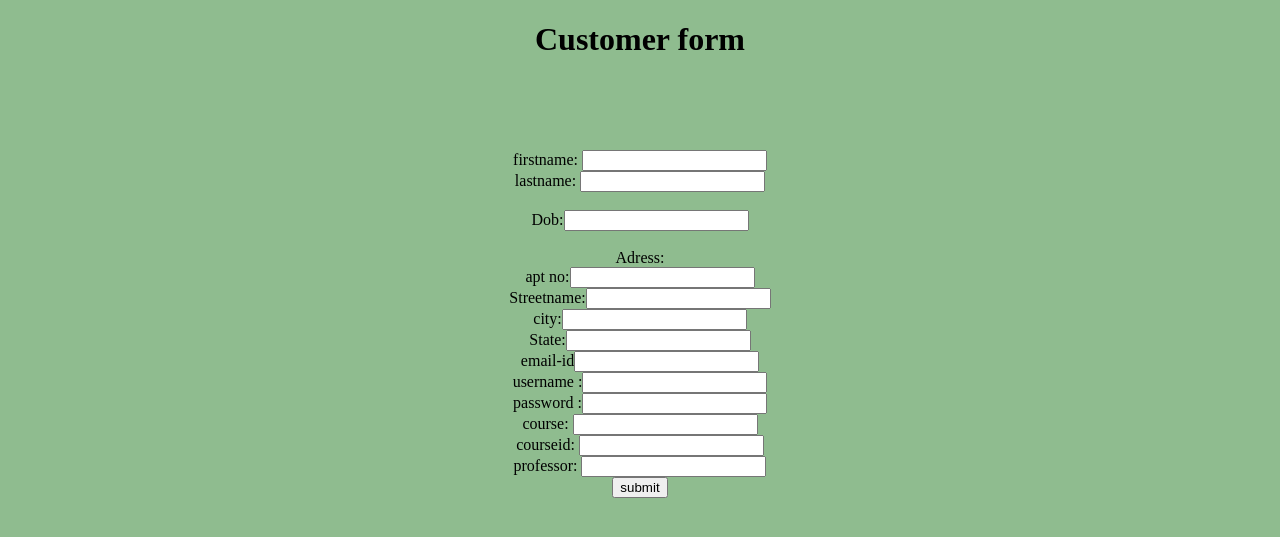
Repository: srinivaskommu/java-training
Page: http://localhost/milan-app/registerCustomer.jsp
An editor plug-in stored every save of this project. The page is shown before and after the next save, followed by the edit.
The browser window is 1280 px wide. The pictures show the whole page.
The page is served by Tomcat 9. Nobody is signed in. The application's start-up code is not run.

Above is the page before, as saved 2015-07-24 22:12:05.

After the next save:
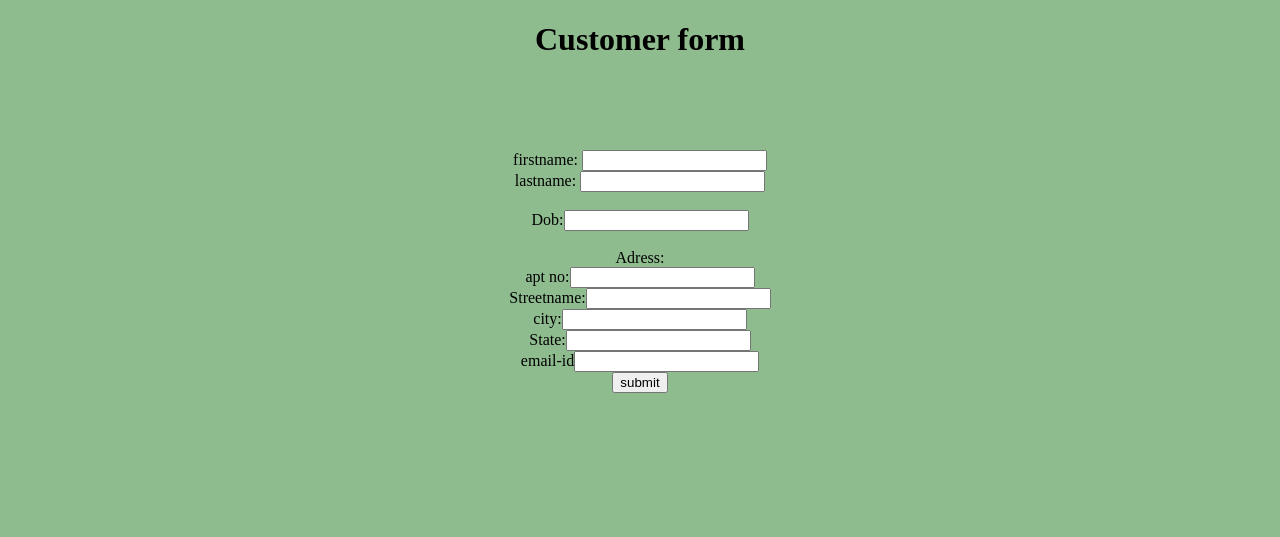
Saved 44 s later.
--- a/milan-app/src/main/webapp/registerCustomer.jsp
+++ b/milan-app/src/main/webapp/registerCustomer.jsp
@@ -28,19 +28,16 @@ body {
 		<br>
 
 		<p style="text-align: center">
-			firstname: <input type="text" name="firstname" /><br> lastname:
+			firstname: <input type="text" name="firstname" />
+			<br> lastname:
 			<input type="text" name="lastname"><br>
 			<br> Dob:<input type="text" name="Dob"><br>
 			<br> Adress:<br> apt no:<input type"text" name="aptno"><br>
 			Streetname:<input type "text" name="Streetname"><br>
 			city:<input type "text" name="city"><br> State:<input
 				type"text" name="State"><br> email-id<input type="text"
-				name="email"><br> username :<input type="text"
-				name="username"><br> password :<input type="password"
-				name="password" /><br> course: <input type="text"
-				name="coursename"><br> courseid: <input type="text"
-				name="courseid"> <br> professor: <input type="text"
-				name="professorname"> <br> <input type="submit"
+				name="email"><br>
+		 <input type="submit"
 				value="submit" onclick="form.action='Welcome.jsp';">
 		</p>
 	</form>
